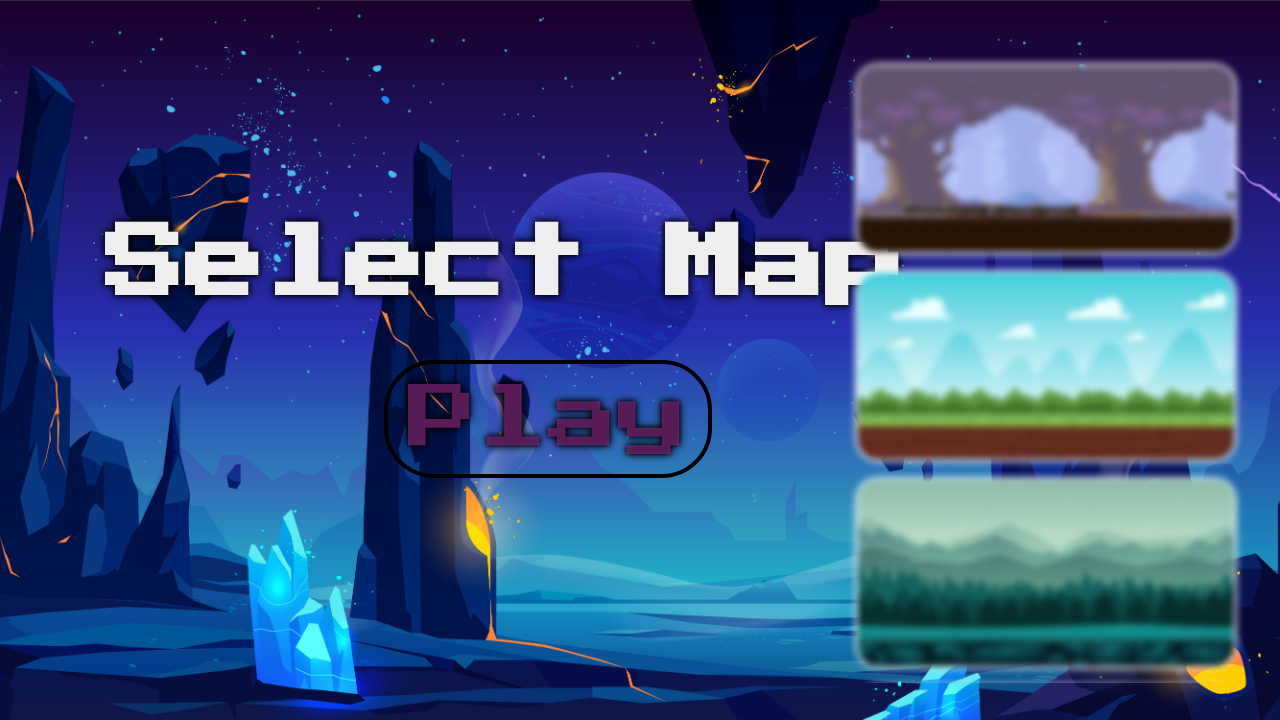
Repository: Gaurav31052/Fighting-game
Page: home.html
An editor plug-in stored every save of this project. The page is shown before and after the next save, followed by the edit.
The browser window is 1280 px wide. The pictures show the whole page.
An inner scrolling area shows only its first screen.

Above is the page before, as saved 2024-06-06 23:42:07.

### home.html
<!DOCTYPE html>
<html lang="en">

<head>
    <meta charset="UTF-8">
    <meta name="viewport" content="width=device-width, initial-scale=1.0">
    <title>Document</title>
    <link href="https://fonts.googleapis.com/css2?family=Press+Start+2P&display=swap" rel="stylesheet">
    <link rel="stylesheet" href="style.css">
</head>

<body>


    <!-- carousel -->
    <div class="carousel">
        <!-- list item -->
        <div class="list">
            <div class="item">

                <div class="MapName">
                   <h1 id="name">Select Map</h1>
                </div>

                <img id="mainbox" src="img/home.jpg" alt="">

                <button id="btn"><a href='game.html'>Play</a></button>
            </div>

        </div>


        <!-- list thumnail -->
        <div class="thumbnail" id="about">

            <div class="item" id="bg1"><img class="myimg" src="./img/background1.jpg" alt=""></div>
            <div class="item" id="bg2"><img class="myimg" src="./img/background2.jpg" alt=""></div>
            <div class="item" id="bg3"><img class="myimg" src="./img/background3.jpg" alt=""></div>
            <div class="item" id="bg4"><img class="myimg" src="./img/background4.jpg" alt=""></div>
            <div class="item" id="bg5"><img class="myimg" src="./img/background5.jpg" alt=""></div>
            <div class="item" id="bg6"><img class="myimg" src="./img/background6.jpg" alt=""></div>
            <!-- <div class="item"><img src="img/background.jpg" alt=""></div>
                <div class="item"><img src="img/background.jpg" alt=""></div>
                <div class="item"><img src="img/background.jpg" alt=""></div>
                <div class="item"><img src="img/background.jpg" alt=""></div>
                <div class="item"><img src="img/background.jpg" alt=""></div> -->

        </div>


    </div>

    <script src="home.js"></script>

</body>

</html>

### style.css

body {
    margin: 0;
    background-color: #000;
    color: #eee;
    font-family: Poppins;
    font-size: 12px;
    overflow: hidden;
}

a {
    text-decoration: none;
    color: #8b2c84a2;
}

/* carousel */
.carousel {
    height: 100vh;
    width: 100vw;
    overflow: hidden;
    position: relative;
}

.carousel .list .item {
    width: 100%;
    height: 100%;
    position: absolute;
    inset: 0 0 0 0;

}

.carousel .list .item img {
    width: 100%;
    height: 100%;
    object-fit: cover;

}

.carousel .list .item button {

    position: absolute;
    top: 50%;
    left: 30%;
    font-size: 70px;
    font-family: "Press Start 2P", system-ui;
    text-align: center;
    /* padding-top: 100px; */
    text-shadow: 0 0 10px #000000, 0 0 5px #000000;
   padding: 20px;
    background: transparent;
    border: none;
}
#btn{
    border: 4px solid black;
    border-radius: 50px;

}
#btn:hover{
    background-color: white;

}

.MapName {
    /* background: red; */
    position: absolute;
    height: 130px;
    width: 830px;
    top: 200px;
    left: 90px;
    display: flex;
    justify-content: space-around;
    align-items: center;
    font-family: "Press Start 2P", system-ui;
    text-shadow: 0 0 10px #000000, 0 0 5px #000000;
}
.MapName>h1{
    font-size: 80px;
}



/* thumbail */
.thumbnail {
    position: absolute;
    top: 6%;
    left: 65%;
    width: max-content;
    z-index: 100;
    gap: 15px;
    width: 460px;
    height: 615px;
    overflow: scroll;
    padding: 5px;
    padding-top: 20px;

    scroll-behavior: initial;
    display: flex;
    flex-direction: column;
    align-items: center;

}

.thumbnail .item {
    width: fit-content;
    flex-shrink: 0;
    position: relative;
    list-style-type: none;
    padding: 3px;
}

#about {
    scrollbar-width: none;
}

.thumbnail .item img {
    width: 90%;
    height: 100%;
    object-fit: cover;
    border-radius: 20px;
    box-shadow: 0 0 5px #fff, 0 0 5px #fff, 0 0 5px #fff, 0 0 5px #fff;
}

.myimg {
    filter: blur(3px);
}

.myimg:hover {
    filter: none;
    scale: 1.1;
    transition: 0.5s ease-in;
}

#leftimg {
    scale: 4;
}

#rightimg {
    scale: 3;
}

### home.js
let userchoice;

const setmap = document.getElementById("mainbox");
const choices = document.querySelectorAll(".myimg");
choices.forEach((e) => {
    e.addEventListener("click", () => {
        userchoice = e.getAttribute("src");
        setmap.src = userchoice;
        localStorage.setItem(1,userchoice);
        console.log(userchoice);
        if(userchoice === "./img/background1.jpg"){
            document.getElementById('name').innerHTML = "Bloom";
        }
        else if(userchoice === "./img/background2.jpg"){
            document.getElementById('name').innerHTML = "Skyris";
        }
        else if(userchoice === "./img/background3.jpg"){
            document.getElementById('name').innerHTML = "Night Hawl";
        }
        else if(userchoice === "./img/background4.jpg"){
            document.getElementById('name').innerHTML = "Caves";
        }
        else if(userchoice === "./img/background5.jpg"){
            document.getElementById('name').innerHTML = "Bind";
        }
        else if(userchoice === "./img/background6.jpg"){
            document.getElementById('name').innerHTML = "Forest";
        }
    })
});

var home_music =new Audio("./audio/background sound.mp3");
home_music.play();
home_music.loop=true;
home_music.volume=0.1;

After the next save:
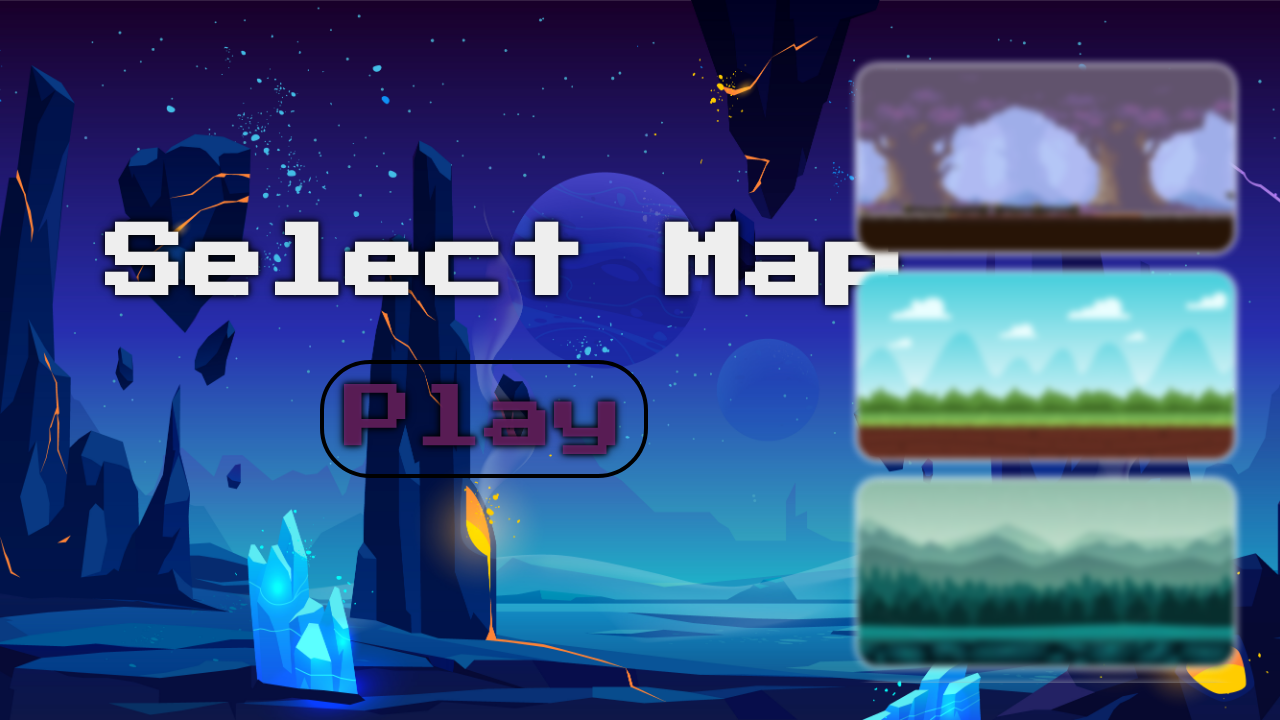
Saved 21 s later.
--- a/style.css
+++ b/style.css
@@ -40,7 +40,7 @@ a {
 
     position: absolute;
     top: 50%;
-    left: 30%;
+    left: 25%;
     font-size: 70px;
     font-family: "Press Start 2P", system-ui;
     text-align: center;
